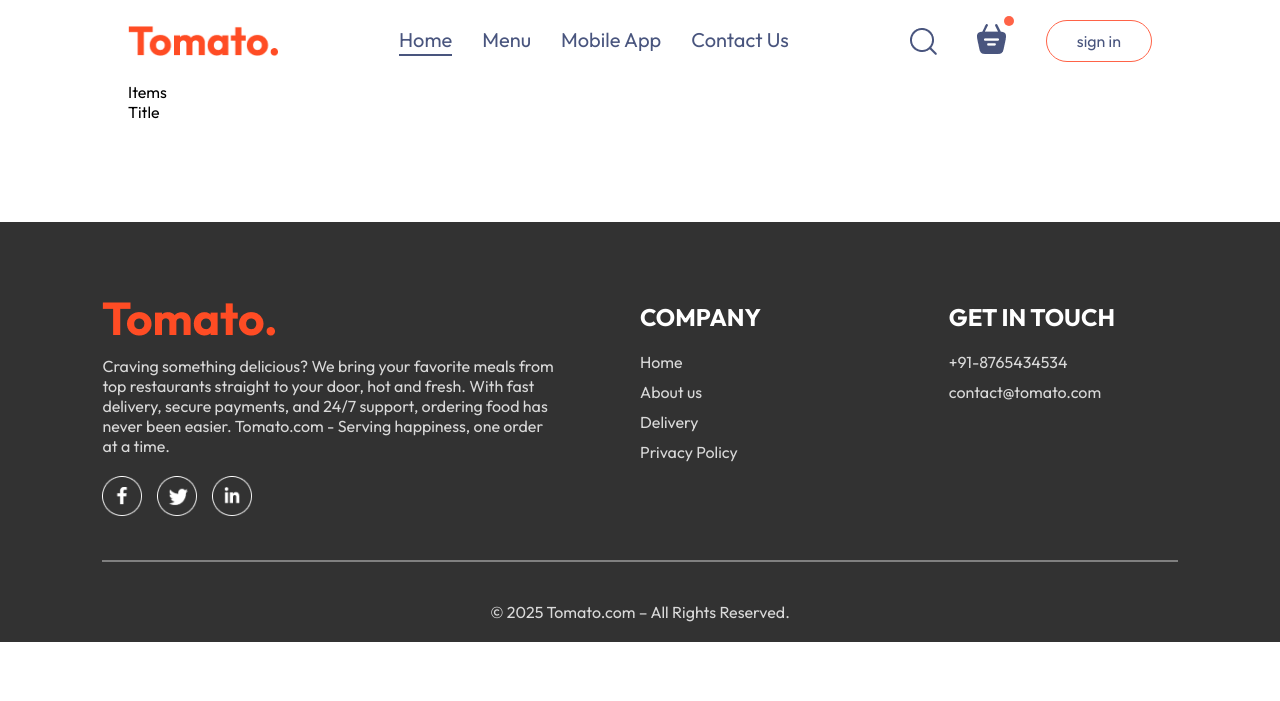
Repository: esakkiraj8104/FOOD_ORDER1
Page: /cart
An editor plug-in stored every save of this project. The page is shown before and after the next save, followed by the edit.
The browser window is 1280 px wide. The pictures show the whole page.
The project was rebuilt for these pictures with package versions that can differ from the ones it lists, and the page was loaded fresh each time. Also part of the build but not shown: vite.config.js, src/components/Navbar/Header/Haeder.css, src/components/Navbar/Header/Header.jsx, src/components/Navbar/ExploreMenu/ExploreMenu.css, src/components/Navbar/ExploreMenu/ExploreMenu.jsx, src/components/Navbar/FoodDisplay/FoodDisplay.css, src/components/Navbar/FoodItem/FoodItem.css, src/components/Navbar/FoodItem/FoodItem.jsx and 7 more. Imported but missing from the stored project, and not drawn on this page: src/pages/PlaceOrder/PlaceOrder.

Above is the page before, as saved 2025-05-20 17:57:55.

### index.html
<!doctype html>
<html lang="en">
  <head>
    <meta charset="UTF-8" />
    <link rel="icon" type="image/svg+xml" href="/vite.svg" />
    <meta name="viewport" content="width=device-width, initial-scale=1.0" />
    <title>Tomoto food Web</title>
  </head>
  <body>
    <div id="root"></div>
    <script type="module" src="/src/main.jsx"></script>
  </body>
</html>

### src/main.jsx
import React from 'react'
import ReactDOM from 'react-dom/client'
import './index.css'
import App from './App.jsx'
import {BrowserRouter} from 'react-router-dom'
import StoreContextProvider from './Context/StoreContext.jsx'

ReactDOM.createRoot(document.getElementById('root')).render(
  <BrowserRouter>
    <StoreContextProvider>
      <App />
    </StoreContextProvider>

  </BrowserRouter>

)

### src/index.css
@import url('https://fonts.googleapis.com/css2?family=Outfit:wght@100..900&display=swap');

*{
  padding: 0;
  margin: 0;
  box-sizing: border-box;
  font-family: outfit;
  scroll-behavior: smooth;
}
body{
  min-height: 100vh;
}
a{
  text-decoration :none;
  color: inherit;
}
.app{
  width: 80%;
  margin: auto;
}

@keyframes fadeIn {
  0%{
    opacity: 0;
  }
  100%{
    opacity: 1;
  }
}

### src/App.jsx
import React,{ useState } from 'react'
import { Route, Routes } from 'react-router-dom'
import Home from './pages/Home/Home'
import Cart from './pages/Cart/Cart'
import PlaceOrder from './pages/PlaceOrder/PlaceOrder'
import Navbar from './components/Navbar/Navbar/Navbar'
import Footer from './components/Navbar/Footer/Footer'
import LoginPopup from './components/LoginPopup/LoginPopup'

const App = () => {

  const[showLogin,setShowLogin]= useState(false)
  return (

    <>
    {showLogin?<LoginPopup setShowLogin={setShowLogin}/>:<></>}
      <div className='app'>
        <Navbar setShowLogin={setShowLogin}/>
        <Routes >
          <Route path='/' element={<Home />} />
          <Route path='/cart' element={<Cart />} />
          <Route path='/order' element={<PlaceOrder />} />
        </Routes>
      </div>
      <Footer />

    </>


  )
}

export default App

### src/Context/StoreContext.jsx
import { createContext, useEffect, useState } from "react";
import { food_list } from "../assets/assets";

export const StoreContext = createContext(null)

const StoreContextProvider = (props) => {

    const [cartItems,setCartItems]= useState({});

    const addToCart = (itemId) => {
        if (!cartItems[itemId]) {
            setCartItems((prev)=>({...prev,[itemId]:1}))
        }
        else{
            setCartItems((prev)=>({...prev,[itemId]:prev[itemId]+1}))
        }
    }

    const removeFromCart = (itemId) =>{
        setCartItems((prev)=>({...prev,[itemId]:prev[itemId]-1}))
    }

    useEffect(()=>{
        console.log(cartItems);
    },[cartItems])

    const contextValue = {
        food_list,
        cartItems,
        setCartItems,
        addToCart,
        removeFromCart

    }
    return (
        <StoreContext.Provider value={contextValue}>
            {props.children}
        </StoreContext.Provider>
    )
}

export default StoreContextProvider;

### src/pages/Cart/Cart.jsx
import React, { useContext } from 'react'
import './Cart.css'
import {StoreContext} from '../../Context/StoreContext'
const Cart = () => {


    const {cartItems,food_list,removeFromCart}= useContext(StoreContext);
  return (
    <div className='cart'>
        <div className="cart-items">
          <div className="cart-items-title">
            <p>Items</p>
            <p>Title</p>
            <p></p>
            <p></p>
            <p></p>
            <p></p>
          </div>
        </div>
    </div>
  )
}

export default Cart

### src/components/Navbar/Navbar/Navbar.jsx
import React, { useState } from 'react'
import './Navbar.css'
import { assets } from '../../../assets/assets'
import { Link } from 'react-router-dom';
const Navbar = ({setShowLogin}) => {

    const [menu,setMenu] = useState("home");
  return (
    <div className='navbar'>
        <img src={assets.logo} alt="" className="logo" />
        <ul className="navbar-menu">
        <Link to='/'className={menu === "home" ? "active" : ""} onClick={() => setMenu("home")}>Home</Link>
        <a href='#explore-menu' className={menu === "menu" ? "active" : ""} onClick={() => setMenu("menu")}>Menu</a>
        <a href='#app-download'className={menu === "mobile-app" ? "active" : ""} onClick={() => setMenu("mobile-app")}>Mobile App</a>
        <a href='#footer'className={menu === "contact us" ? "active" : ""} onClick={() => setMenu("contact us")}>Contact Us</a>
        </ul>
        <div className="navbar-right">
            <img src={assets.search_icon} alt="" />
            <div className="navbar-search-icon">
                <img src={assets.basket_icon} alt="" />
                <div className="dot"></div>
            </div>
            <button onClick={()=>setShowLogin(true)}>sign in</button>
        </div>
    </div>
  )
}

export default Navbar

### src/components/Navbar/Footer/Footer.jsx
import React from 'react'
import './Footer.css'
import { assets } from '../../../assets/assets'

const Footer = () => {
  return (

    <div className='footer' id='footer'>
      <div className="footer-content">
        <div className="footer-content-left">
          <img src={assets.logo} alt="" />
          <p>Craving something delicious? We bring your favorite meals from top restaurants straight to your door, hot and fresh.
            With fast delivery, secure payments, and  24/7 support, ordering food has never been easier.
            Tomato.com - Serving happiness, one order at a time.</p>
          <div className="footer-social-icons">
            <img src={assets.facebook_icon} alt="" />
            <img src={assets.twitter_icon} alt="" />
            <img src={assets.linkedin_icon} alt="" />
          </div>
        </div>
        <div className="footer-content-center">
          <h2>COMPANY</h2>
          <ul>
            <li>Home</li>
            <li>About us</li>
            <li>Delivery</li>
            <li>Privacy Policy</li>
          </ul>
        </div>
        <div className="footer-content-right">
          <h2>GET IN TOUCH</h2>
          <ul>
            <li>+91-8765434534</li>
            <li>contact@tomato.com</li>
          </ul>
        </div>
      </div>
      <hr />
      <p className="footer-copyright">© 2025 Tomato.com – All Rights Reserved.</p>
    </div>
  )
}

export default Footer

### src/assets/assets.js
import basket_icon from './basket_icon.png'
import logo from './logo.png'
import header_img from './header_img.png'
import search_icon from './search_icon.png'
import menu_1 from './menu_1.png'
import menu_2 from './menu_2.png'
import menu_3 from './menu_3.png'
import menu_4 from './menu_4.png'
import menu_5 from './menu_5.png'
import menu_6 from './menu_6.png'
import menu_7 from './menu_7.png'
import menu_8 from './menu_8.png'

import food_1 from './food_1.png'
import food_2 from './food_2.png'
import food_3 from './food_3.png'
import food_4 from './food_4.png'
import food_5 from './food_5.png'
import food_6 from './food_6.png'
import food_7 from './food_7.png'
import food_8 from './food_8.png'
import food_9 from './food_9.png'
import food_10 from './food_10.png'
import food_11 from './food_11.png'
import food_12 from './food_12.png'
import food_13 from './food_13.png'
import food_14 from './food_14.png'
import food_15 from './food_15.png'
import food_16 from './food_16.png'
import food_17 from './food_17.png'
import food_18 from './food_18.png'
import food_19 from './food_19.png'
import food_20 from './food_20.png'
import food_21 from './food_21.png'
import food_22 from './food_22.png'
import food_23 from './food_23.png'
import food_24 from './food_24.png'
import food_25 from './food_25.png'
import food_26 from './food_26.png'
import food_27 from './food_27.png'
import food_28 from './food_28.png'
import food_29 from './food_29.png'
import food_30 from './food_30.png'
import food_31 from './food_31.png'
import food_32 from './food_32.png'

import add_icon_white from './add_icon_white.png'
import add_icon_green from './add_icon_green.png'
import remove_icon_red from './remove_icon_red.png'
import app_store from './app_store.png'
import play_store from './play_store.png'
import linkedin_icon from './linkedin_icon.png'
import facebook_icon from './facebook_icon.png'
import twitter_icon from './twitter_icon.png'
import cross_icon from './cross_icon.png'
import selector_icon from './selector_icon.png'
import rating_starts from './rating_starts.png'
import profile_icon from './profile_icon.png'
import bag_icon from './bag_icon.png'
import logout_icon from './logout_icon.png'
import parcel_icon from './parcel_icon.png'

export const assets = {
    logo,
    basket_icon,
    header_img,
    search_icon,
    rating_starts,
    add_icon_green,
    add_icon_white,
    remove_icon_red,
    app_store,
    play_store,
    linkedin_icon,
    facebook_icon,
    twitter_icon,
    cross_icon,
    selector_icon,
    profile_icon,
    logout_icon,
    bag_icon,
    parcel_icon
}

export const menu_list = [
    {
        menu_name: "Salad",
        menu_image: menu_1
    },
    {
        menu_name: "Rolls",
        menu_image: menu_2
    },
    {
        menu_name: "Deserts",
        menu_image: menu_3
    },
    {
        menu_name: "Sandwich",
        menu_image: menu_4
    },
    {
        menu_name: "Cake",
        menu_image: menu_5
    },
    {
        menu_name: "Pure Veg",
        menu_image: menu_6
    },
    {
        menu_name: "Pasta",
        menu_image: menu_7
    },
    {
        menu_name: "Noodles",
        menu_image: menu_8
    }]

export const food_list = [
    {
        _id: "1",
        name: "Greek salad",
        image: food_1,
        price: 12,
        description: "Food provides essential nutrients for overall health and well-being",
        category: "Salad"
    },
    {
        _id: "2",
        name: "Veg salad",
        image: food_2,
        price: 18,
        description: "Food provides essential nutrients for overall health and well-being",
        category: "Salad"
    }, {
        _id: "3",
        name: "Clover Salad",
        image: food_3,
        price: 16,
        description: "Food provides essential nutrients for overall health and well-being",
        category: "Salad"
    }, {
        _id: "4",
        name: "Chicken Salad",
        image: food_4,
        price: 24,
        description: "Food provides essential nutrients for overall health and well-being",
        category: "Salad"
    }, {
        _id: "5",
        name: "Lasagna Rolls",
        image: food_5,
        price: 14,
        description: "Food provides essential nutrients for overall health and well-being",
        category: "Rolls"
    }, {
        _id: "6",
        name: "Peri Peri Rolls",
        image: food_6,
        price: 12,
        description: "Food provides essential nutrients for overall health and well-being",
        category: "Rolls"
    }, {
        _id: "7",
        name: "Chicken Rolls",
        image: food_7,
        price: 20,
        description: "Food provides essential nutrients for overall health and well-being",
        category: "Rolls"
    }, {
        _id: "8",
        name: "Veg Rolls",
        image: food_8,
        price: 15,
        description: "Food provides essential nutrients for overall health and well-being",
        category: "Rolls"
    }, {
        _id: "9",
        name: "Ripple Ice Cream",
        image: food_9,
        price: 14,
        description: "Food provides essential nutrients for overall health and well-being",
        category: "Deserts"
    }, {
        _id: "10",
        name: "Fruit Ice Cream",
        image: food_10,
        price: 22,
        description: "Food provides essential nutrients for overall health and well-being",
        category: "Deserts"
    }, {
        _id: "11",
        name: "Jar Ice Cream",
        image: food_11,
        price: 10,
        description: "Food provides essential nutrients for overall health and well-being",
        category: "Deserts"
    }, {
        _id: "12",
        name: "Vanilla Ice Cream",
        image: food_12,
        price: 12,
        description: "Food provides essential nutrients for overall health and well-being",
        category: "Deserts"
    },
    {
        _id: "13",
        name: "Chicken Sandwich",
        image: food_13,
        price: 12,
        description: "Food provides essential nutrients for overall health and well-being",
        category: "Sandwich"
    },
    {
        _id: "14",
        name: "Vegan Sandwich",
        image: food_14,
        price: 18,
        description: "Food provides essential nutrients for overall health and well-being",
        category: "Sandwich"
    }, {
        _id: "15",
        name: "Grilled Sandwich",
        image: food_15,
        price: 16,
        description: "Food provides essential nutrients for overall health and well-being",
        category: "Sandwich"
    }, {
        _id: "16",
        name: "Bread Sandwich",
        image: food_16,
        price: 24,
        description: "Food provides essential nutrients for overall health and well-being",
        category: "Sandwich"
    }, {
        _id: "17",
        name: "Cup Cake",
        image: food_17,
        price: 14,
        description: "Food provides essential nutrients for overall health and well-being",
        category: "Cake"
    }, {
        _id: "18",
        name: "Vegan Cake",
        image: food_18,
        price: 12,
        description: "Food provides essential nutrients for overall health and well-being",
        category: "Cake"
    }, {
        _id: "19",
        name: "Butterscotch Cake",
        image: food_19,
        price: 20,
        description: "Food provides essential nutrients for overall health and well-being",
        category: "Cake"
    }, {
        _id: "20",
        name: "Sliced Cake",
        image: food_20,
        price: 15,
        description: "Food provides essential nutrients for overall health and well-being",
        category: "Cake"
    }, {
        _id: "21",
        name: "Garlic Mushroom ",
        image: food_21,
        price: 14,
        description: "Food provides essential nutrients for overall health and well-being",
        category: "Pure Veg"
    }, {
        _id: "22",
        name: "Fried Cauliflower",
        image: food_22,
        price: 22,
        description: "Food provides essential nutrients for overall health and well-being",
        category: "Pure Veg"
    }, {
        _id: "23",
        name: "Mix Veg Pulao",
        image: food_23,
        price: 10,
        description: "Food provides essential nutrients for overall health and well-being",
        category: "Pure Veg"
    }, {
        _id: "24",
        name: "Rice Zucchini",
        image: food_24,
        price: 12,
        description: "Food provides essential nutrients for overall health and well-being",
        category: "Pure Veg"
    },
    {
        _id: "25",
        name: "Cheese Pasta",
        image: food_25,
        price: 12,
        description: "Food provides essential nutrients for overall health and well-being",
        category: "Pasta"
    },
    {
        _id: "26",
        name: "Tomato Pasta",
        image: food_26,
        price: 18,
        description: "Food provides essential nutrients for overall health and well-being",
        category: "Pasta"
    }, {
        _id: "27",
        name: "Creamy Pasta",
        image: food_27,
        price: 16,
        description: "Food provides essential nutrients for overall health and well-being",
        category: "Pasta"
    }, {
        _id: "28",
        name: "Chicken Pasta",
        image: food_28,
        price: 24,
        description: "Food provides essential nutrients for overall health and well-being",
        category: "Pasta"
    }, {
        _id: "29",
        name: "Buttter Noodles",
        image: food_29,
        price: 14,
        description: "Food provides essential nutrients for overall health and well-being",
        category: "Noodles"
    }, {
        _id: "30",
        name: "Veg Noodles",
        image: food_30,
        price: 12,
        description: "Food provides essential nutrients for overall health and well-being",
        category: "Noodles"
    }, {
        _id: "31",
        name: "Somen Noodles",
        image: food_31,
        price: 20,
        description: "Food provides essential nutrients for overall health and well-being",
        category: "Noodles"
    }, {
        _id: "32",
        name: "Cooked Noodles",
        image: food_32,
        price: 15,
        description: "Food provides essential nutrients for overall health and well-being",
        category: "Noodles"
    }
]

### src/components/Navbar/Navbar/Navbar.css
.navbar{
    padding: 20px 0px;
    display: flex;
    justify-content: space-between;
    align-items: center;
}

.navbar .logo{
    width: 150px;
}

.navbar-menu{
    display: flex;
    list-style: none;
    gap: 30px;
    color: #49557e;
    font-size: 20px;
}

.navbar-right{
    display: flex;
    align-items: center;
    gap: 40px;
}

.navbar button{
    background: transparent;
    font-size: 16px;
    color: #49557e;
    border: 1px solid tomato;
    padding: 10px 30px;
    border-radius: 50px;
    cursor: pointer;
    transition: 0.3;
}

.navbar button:hover{
    background-color: #fff4f2;
}

.navbar .active{
    padding-bottom: 2px;
    border-bottom: 2px solid #49557e;
}

.navbar li{
    cursor: pointer;
}

.navbar-search-icon{
    position:relative;
}

.navbar-search-icon .dot{
    position: absolute;
    min-width: 10px;
    min-height: 10px;
    background-color: tomato;
    border-radius: 5px;
    top: -8px;
    right: -8px;
}
@media(max-width:1050px) {
    .navbar .logo{
        width: 140px;
    }
    .navbar-menu{
        gap: 20px;
        font-size: 17px;
    }
    .navbar-right{
        gap: 30px;
    }
    .navbar-right img{
        width: 22px;
    }
    .navbar-right button{
        padding: 8px 25px;
    }
}
@media(max-width:900px) {
    .navbar .logo{
        width: 120px;
    }
    .navbar-menu{
        gap: 15px;
        font-size: 16px;
    }
    .navbar-right{
        gap: 20px;
    }
    .navbar-right img{
        width: 20px;
    }
    .navbar-right button{
        padding: 7px 20px;
        font-size: 15px;
    }
}
@media(max-width:750px) {
    .navbar-menu{
        display: none;
    }
}

### src/components/Navbar/Footer/Footer.css
.footer{
    color: #d9d9d9;
    background: #323232;
    display: flex;
    flex-direction: column;
    align-items: center;
    gap: 20px;
    padding: 20px 8vw;
    padding-top: 80px;
    margin-top: 100px;

}

.footer-content{
    width: 100%;
    display: grid;
    grid-template-columns: 2fr 1fr 1fr;
    gap: 80px;
}
.footer-content-left, .footer-content-right, .footer-content-center{
    display: flex;
    flex-direction: column;
    align-items: start;
    gap: 20px;
}
.footer-content-left li, .footer-content-right li, .footer-content-center li{
    list-style: none;
    margin-bottom: 10px;
    cursor: pointer;
}
.footer-content-right h2, .footer-content-center h2 {
    color: white;
}
.footer-social-icons img{
    width: 40px;
    margin-right: 15px;
}
.footer hr{
    width: 100%;
    height: 2px;
    margin: 20px 0;
    background-color: grey;
    border: none;
}
@media (max-width:750px) {
    .footer-content{
        display: flex;
        flex-direction: column;
        gap: 35px;
    }
    .footer-copyright{
        text-align: center;
    }
}

Loaded but not shown: src/pages/Cart/Cart.css (no copy from this time; the picture is the same without it); src/pages/Home/Home.css (no stored copy; drawn as an empty file)

After the next save:
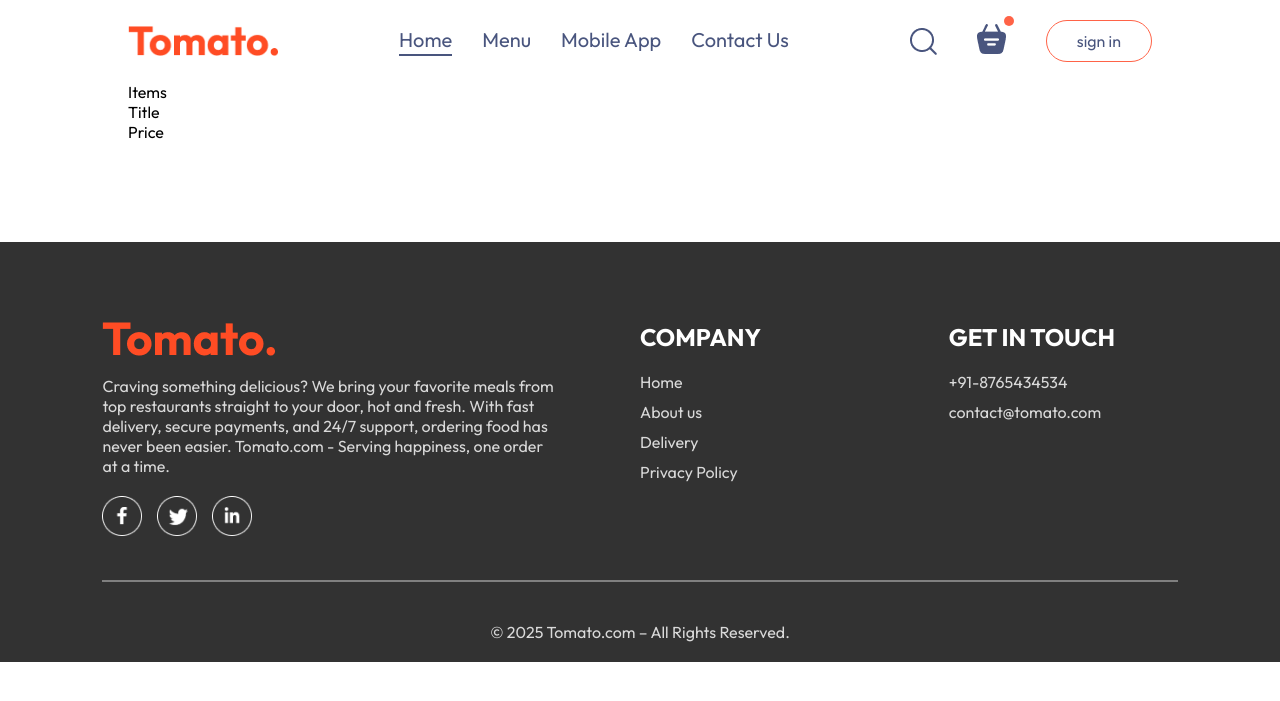
Saved 5 s later.
--- a/src/pages/Cart/Cart.jsx
+++ b/src/pages/Cart/Cart.jsx
@@ -11,7 +11,7 @@ const Cart = () => {
           <div className="cart-items-title">
             <p>Items</p>
             <p>Title</p>
-            <p></p>
+            <p>Price</p>
             <p></p>
             <p></p>
             <p></p>
